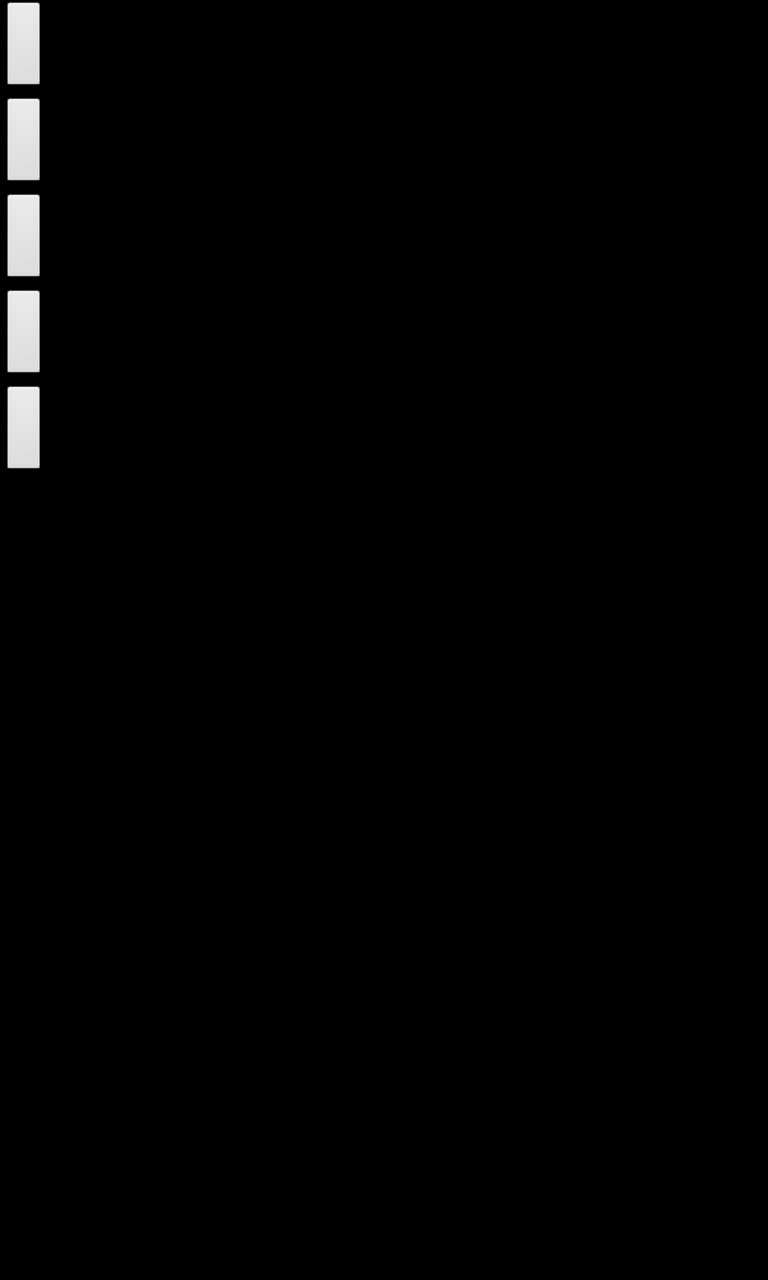
Repository: androportal/APL-apk
Layout: test/imagebuttons/res/layout/main.xml
An editor plug-in stored every save of this project. The layout is shown before and after the next save, followed by the edit.
It is drawn on a 768 x 1280 px phone screen (xhdpi) without system bars, with theme android:Theme; the app's code is not run.

Above is the layout before, as saved 2012-05-21 17:53:45.

### test/imagebuttons/res/layout/main.xml
<?xml version="1.0" encoding="utf-8"?>
<LinearLayout xmlns:android="http://schemas.android.com/apk/res/android"
    android:layout_width="fill_parent"
    android:layout_height="fill_parent"
    android:orientation="vertical" >


    <ImageButton
        android:id="@+id/ImageButton04"
        android:layout_width="wrap_content"
        android:layout_height="wrap_content"

        android:src="@drawable/i" />

    <ImageButton
        android:id="@+id/ImageButton03"
        android:layout_width="wrap_content"
        android:layout_height="wrap_content"
        android:src="@drawable/i" />

    <ImageButton
        android:id="@+id/ImageButton02"
        android:layout_width="wrap_content"
        android:layout_height="wrap_content"


        android:src="@drawable/i" />

    <ImageButton
        android:id="@+id/ImageButton01"
        android:layout_width="wrap_content"
        android:layout_height="wrap_content"
        android:src="@drawable/i" />



    <ImageButton
        android:id="@+id/imageButton1"
        android:layout_width="wrap_content"
        android:layout_height="wrap_content"
        android:src="@drawable/i" />

</LinearLayout>

### test/imagebuttons/res/drawable/i.xml
<?xml version="1.0" encoding="utf-8"?>
<selector xmlns:android="http://schemas.android.com/apk/res/android" >
    <item
        android:state_pressed="true"
        android:drawable="@drawable/button_pressed"
      >
     <item android:state_focused="true"

           android:drawable="@drawable/button_focussed" /> <!-- focused -->
     <item android:drawable="@drawable/button_normal"/> </item>
     </selector>

After the next save:
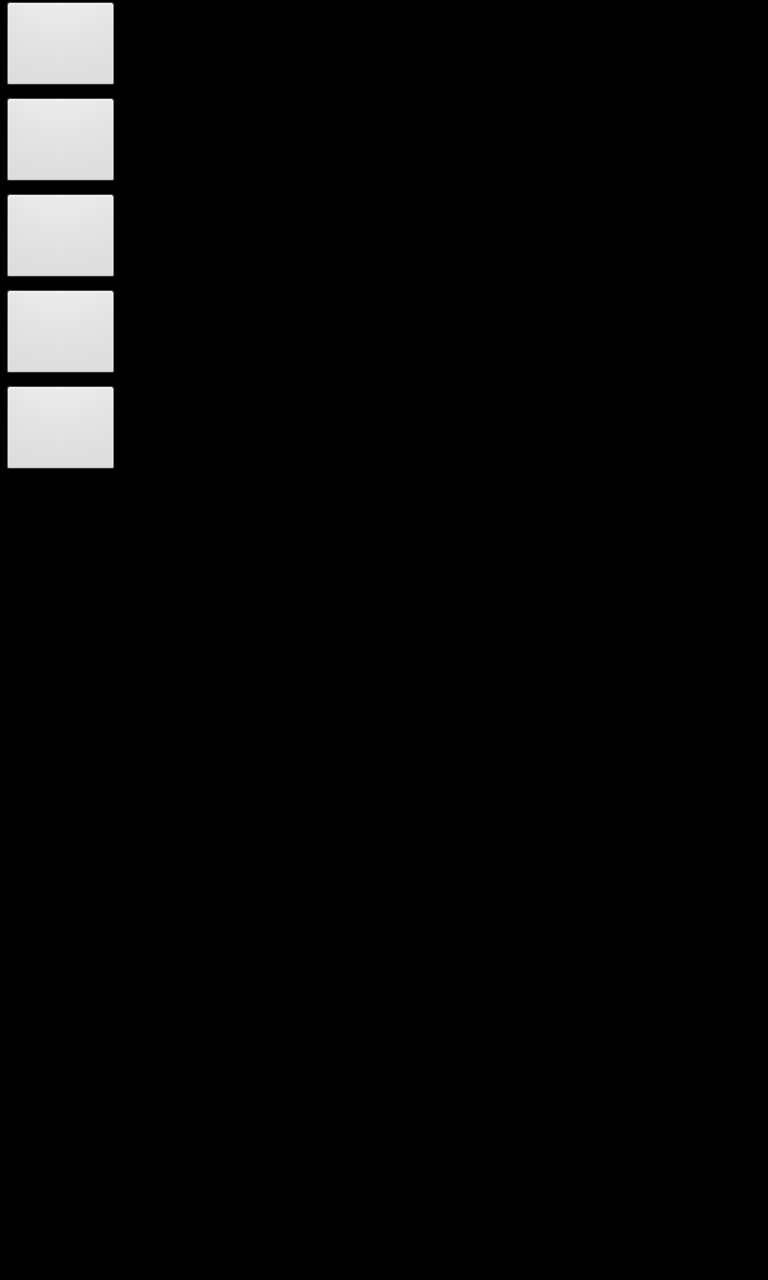
Saved 2 min 29 s later.
--- a/test/imagebuttons/res/layout/main.xml
+++ b/test/imagebuttons/res/layout/main.xml
@@ -4,39 +4,34 @@
     android:layout_height="fill_parent"
     android:orientation="vertical" >
 
+    <ImageButton
+        android:id="@+id/ImageButton07"
+        android:layout_width="61dp"
+        android:layout_height="wrap_content"
+        android:src="@drawable/i" />
 
     <ImageButton
-        android:id="@+id/ImageButton04"
-        android:layout_width="wrap_content"
+        android:id="@+id/ImageButton06"
+        android:layout_width="61dp"
         android:layout_height="wrap_content"
+        android:src="@drawable/i"
+        android:tint="#067837" />
 
+    <ImageButton
+        android:id="@+id/ImageButton05"
+        android:layout_width="61dp"
+        android:layout_height="wrap_content"
         android:src="@drawable/i" />
 
     <ImageButton
         android:id="@+id/ImageButton03"
-        android:layout_width="wrap_content"
+        android:layout_width="61dp"
         android:layout_height="wrap_content"
         android:src="@drawable/i" />
 
     <ImageButton
-        android:id="@+id/ImageButton02"
-        android:layout_width="wrap_content"
-        android:layout_height="wrap_content"
-
-
-        android:src="@drawable/i" />
-
-    <ImageButton
-        android:id="@+id/ImageButton01"
-        android:layout_width="wrap_content"
-        android:layout_height="wrap_content"
-        android:src="@drawable/i" />
-
-
-
-    <ImageButton
-        android:id="@+id/imageButton1"
-        android:layout_width="wrap_content"
+        android:id="@+id/ImageButton04"
+        android:layout_width="61dp"
         android:layout_height="wrap_content"
         android:src="@drawable/i" />
 
